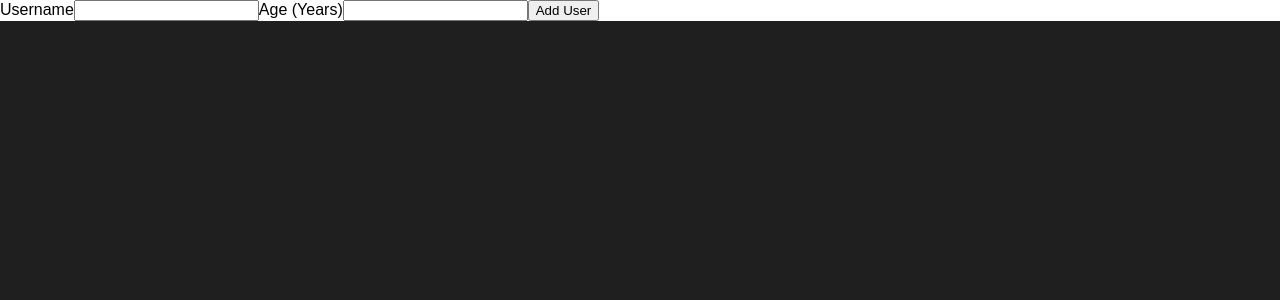
Repository: Samkiroko/react_project_2
Page: /
These files come from the project's save history. The page is drawn as it stood at one moment and after the next save; the edit follows.
The browser window is 1280 px wide. The pictures show the whole page.
The project was rebuilt for these pictures with package versions that can differ from the ones it lists, and the page was loaded fresh each time.

Above is the page before, as saved 2021-06-22 15:59:15.

### src/index.css
* {
    box-sizing: border-box;
}

html {
    font-family: sans-serif;
    background-color: #1f1f1f;
}

body {
    margin: 0;
}

### src/App.js
import React from 'react'
import AddUser from './components/Users/AddUser'

function App() {
  return (
    <div>
      <AddUser />
    </div>
  )
}

export default App

### src/components/Users/AddUser.js
import React from 'react'
import Card from '../UI/Card'
import classes from './addUser.module.css'

const AddUser = (props) => {
  const addUserHandler = (event) => {
    event.preventDefault()
  }
  return (
    <Card>
      {' '}
      <form onSubmit={addUserHandler}>
        <label htmlFor='username'>Username</label>
        <input id='username' type='text' />
        <label htmlFor='username'>Age (Years)</label>
        <input id='age' type='number' />
        <button type='submit'>Add User</button>
      </form>
    </Card>
  )
}

export default AddUser

### src/components/UI/Card.js
import React from 'react'
import classes from './Card.module.css'
const Card = (props) => {
  return <div className={`${classes.card} ${props.className} `}>{props.children}</div>
}

export default Card

### src/components/UI/Card.module.css
.card {
    background: white;
    box-shadow: 0 2px 8 px rgba(0, 0, 0, 0.26);
}

Loaded but not shown: public/index.html (common file); src/index.js (common file); src/components/Users/addUser.module.css (common file)

After the next save:
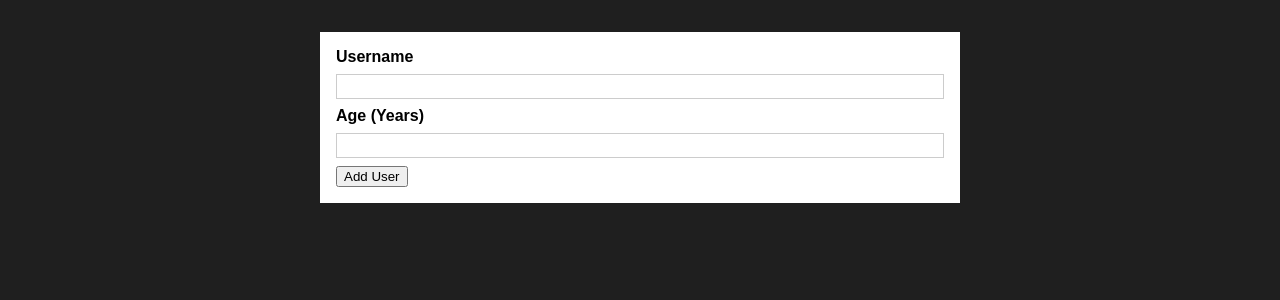
Saved 51 s later.
--- a/src/components/Users/AddUser.js
+++ b/src/components/Users/AddUser.js
@@ -7,8 +7,7 @@ const AddUser = (props) => {
     event.preventDefault()
   }
   return (
-    <Card>
-      {' '}
+    <Card className={classes.input}>
       <form onSubmit={addUserHandler}>
         <label htmlFor='username'>Username</label>
         <input id='username' type='text' />
